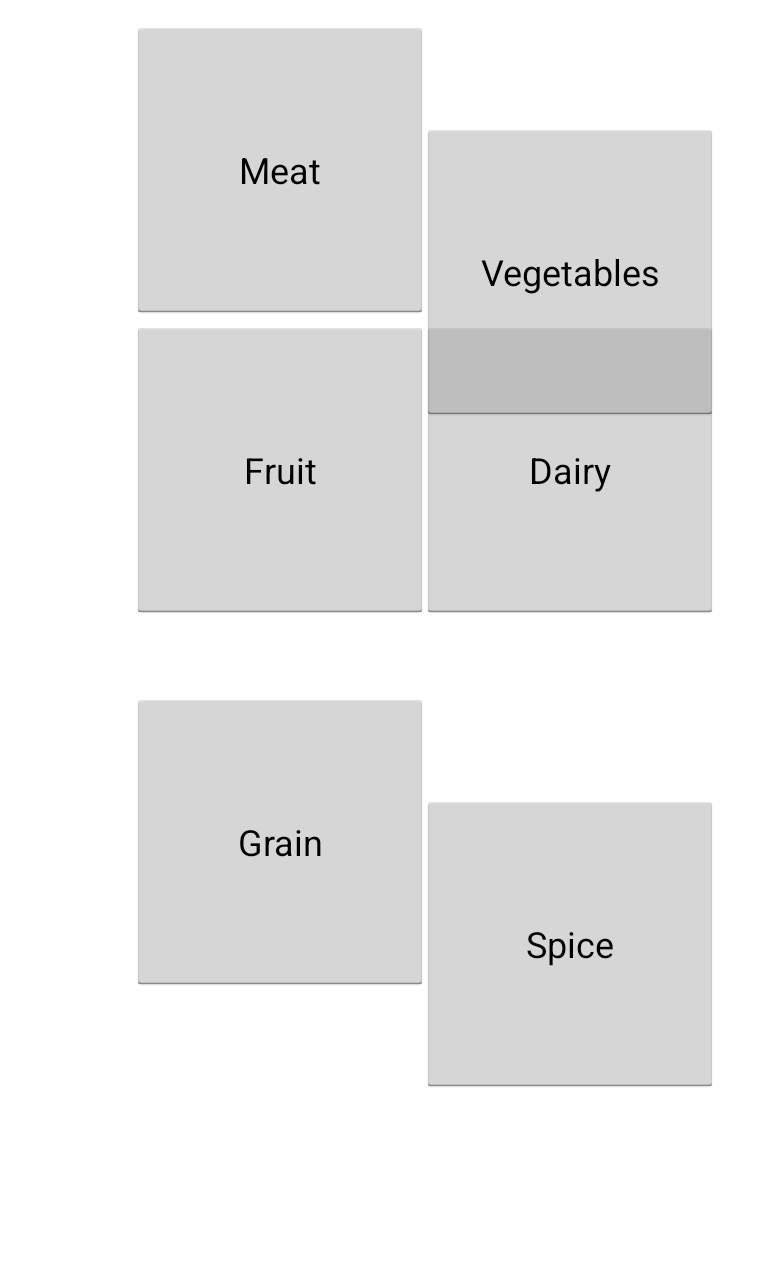
Repository: jmwood22/Boyardroid
Layout: Boyardroid/res/layout/activity_quick_recipe.xml
These files come from the project's save history. The layout is drawn as it stood at one moment and after the next save; the edit follows.
It is drawn on a 768 x 1280 px phone screen (xhdpi) without system bars, with theme AppTheme; the app's code is not run.

Above is the layout before, as saved 2013-02-22 01:54:08.

After the next save:
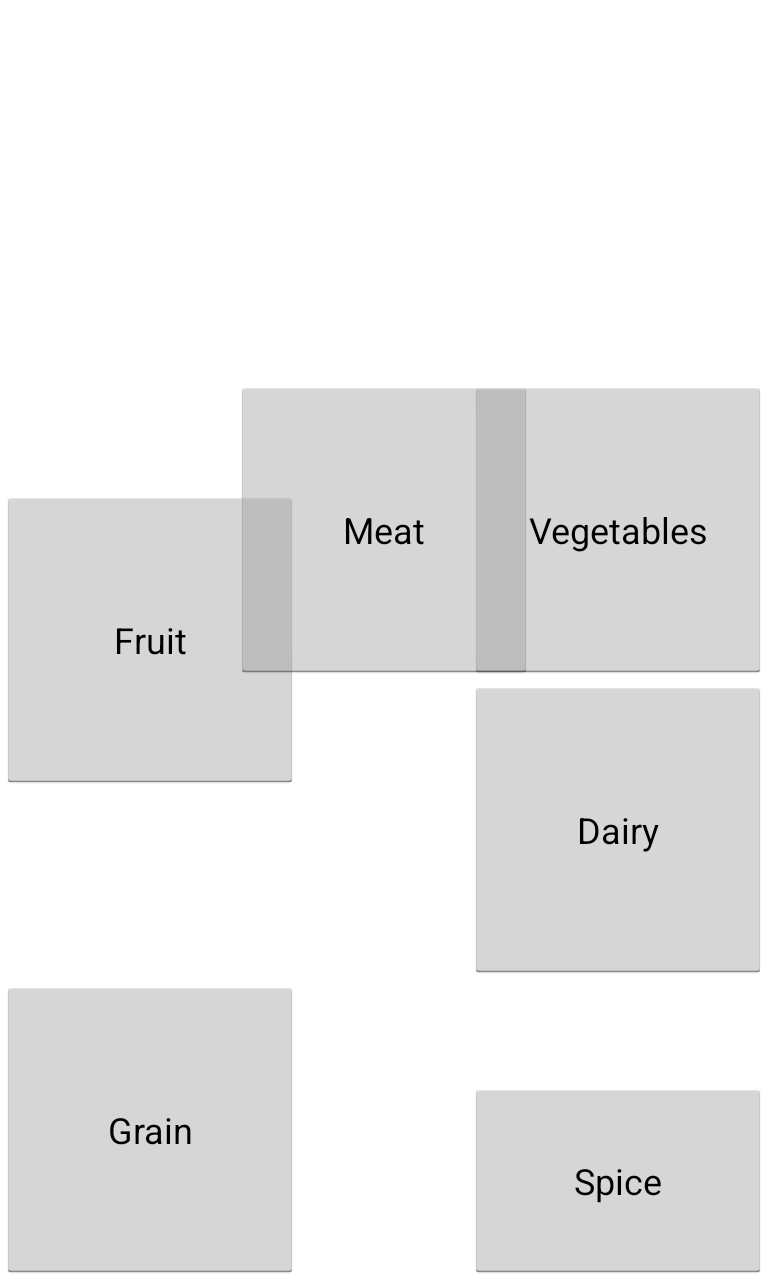
Saved 3 min 50 s later.
--- a/Boyardroid/res/layout/activity_quick_recipe.xml
+++ b/Boyardroid/res/layout/activity_quick_recipe.xml
@@ -3,25 +3,6 @@
     android:layout_width="match_parent"
     android:layout_height="match_parent"
     tools:context=".QuickRecipe" >
-
-    <Button
-        android:id="@+id/fruit"
-        android:layout_width="150dp"
-        android:layout_height="150dp"
-        android:layout_alignParentLeft="true"
-        android:layout_alignParentTop="true"
-        android:layout_marginLeft="65dp"
-        android:layout_marginTop="160dp"
-        android:text="@string/title_activity_fruit" />
-
-    <Button
-        android:id="@+id/grains"
-        android:layout_width="150dp"
-        android:layout_height="150dp"
-        android:layout_alignLeft="@+id/fruit"
-        android:layout_below="@+id/fruit"
-        android:layout_marginTop="36dp"
-        android:text="@string/grain" />
 
     <Button
         android:id="@+id/spices"
@@ -44,18 +25,32 @@
         android:id="@+id/vegetables"
         android:layout_width="150dp"
         android:layout_height="150dp"
-        android:layout_alignBaseline="@+id/meat"
-        android:layout_alignBottom="@+id/meat"
+        android:layout_above="@+id/dairy"
         android:layout_alignParentRight="true"
-        android:layout_marginRight="24dp"
         android:text="@string/vegetable" />
+
+    <Button
+        android:id="@+id/fruit"
+        android:layout_width="150dp"
+        android:layout_height="150dp"
+        android:layout_alignParentLeft="true"
+        android:layout_centerVertical="true"
+        android:text="@string/title_activity_fruit" />
+
+    <Button
+        android:id="@+id/grains"
+        android:layout_width="150dp"
+        android:layout_height="150dp"
+        android:layout_alignParentBottom="true"
+        android:layout_alignParentLeft="true"
+        android:text="@string/grain" />
 
     <Button
         android:id="@+id/meat"
         android:layout_width="150dp"
         android:layout_height="150dp"
         android:layout_above="@+id/dairy"
-        android:layout_alignLeft="@+id/fruit"
+        android:layout_centerHorizontal="true"
         android:text="@string/meat" />
 
 </RelativeLayout>
